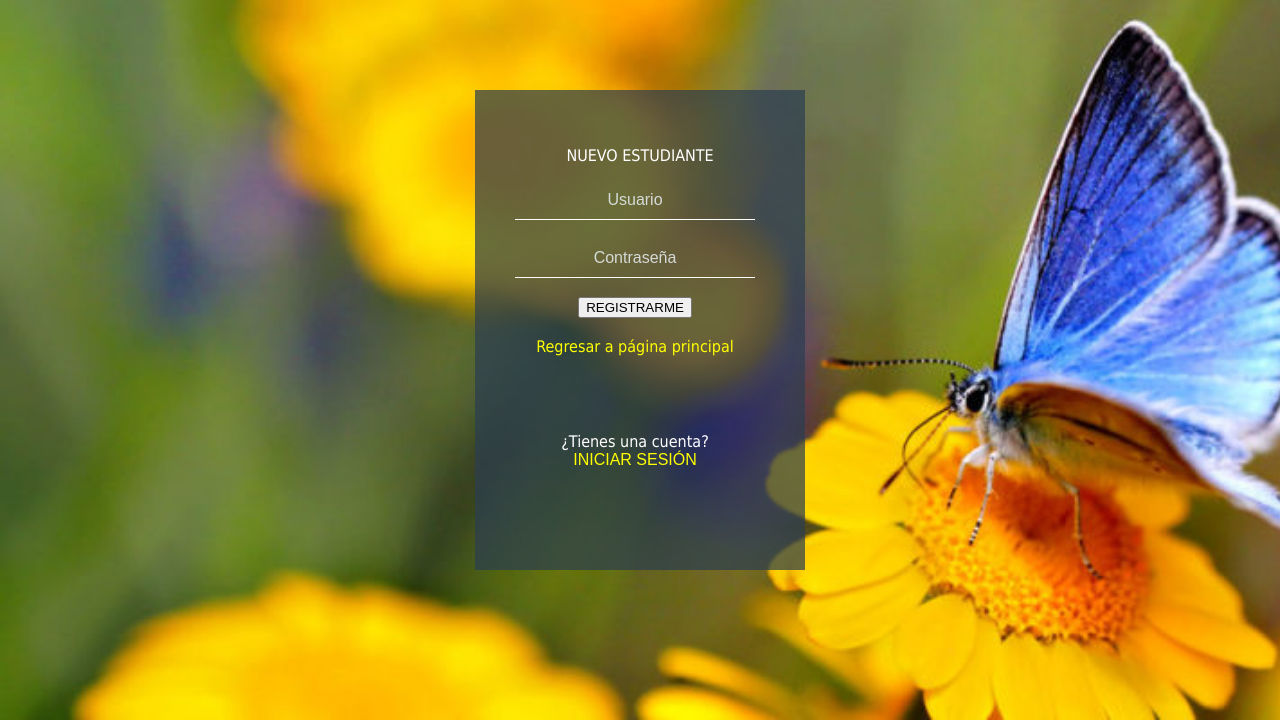
Repository: roberthcobena/Php
Page: http://localhost/registro.php
An editor plug-in stored every save of this project. The page is shown before and after the next save, followed by the edit.
The browser window is 1280 px wide. The pictures show the whole page.
Some web fonts or font styles are not loaded; a fallback is used. The page is run by PHP 8.4 with error messages shown; the project is at /var/www/html/.

Above is the page before, as saved 2020-06-25 10:14:08.

After the next save:
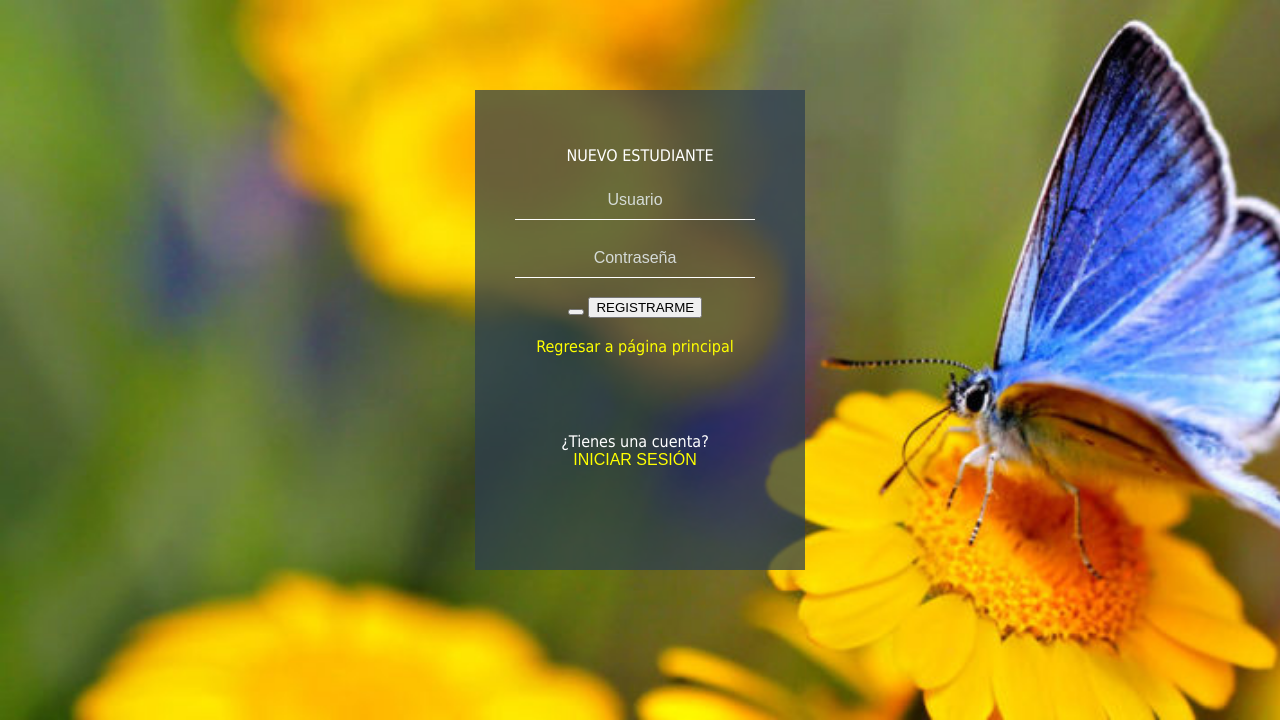
Saved 33 s later.
--- a/Educativa/registro.php
+++ b/Educativa/registro.php
@@ -28,7 +28,10 @@
    <form method="post" accept-charset="utf-8" name="registro" autocomplete="off" role="form" >
       <input type="text" class="form-control" placeholder="Usuario" name="user_name" required></br></br>
       <input type="password" class="form-control" placeholder="Contraseña" name="user_password" required></br></br>
-      <button type="submit" class="btn btn-primary btn-block" name="login" id="submit">REGISTRARME</button></br></br>
+
+	  <button type="submit" class="login-button"><i class="fa fa-chevron-right"></i></button>
+	  <button type="submit" class="btn btn-primary btn-block" name="login" id="submit">REGISTRARME</button></br></br>
+
       <a href="index.php">Regresar a página principal</a></br></br></br></br></br>
       ¿Tienes una cuenta?<a href="login.php" style="font-family:'Play', sans-serif;"></br>INICIAR SESIÓN</a>
    </form>
